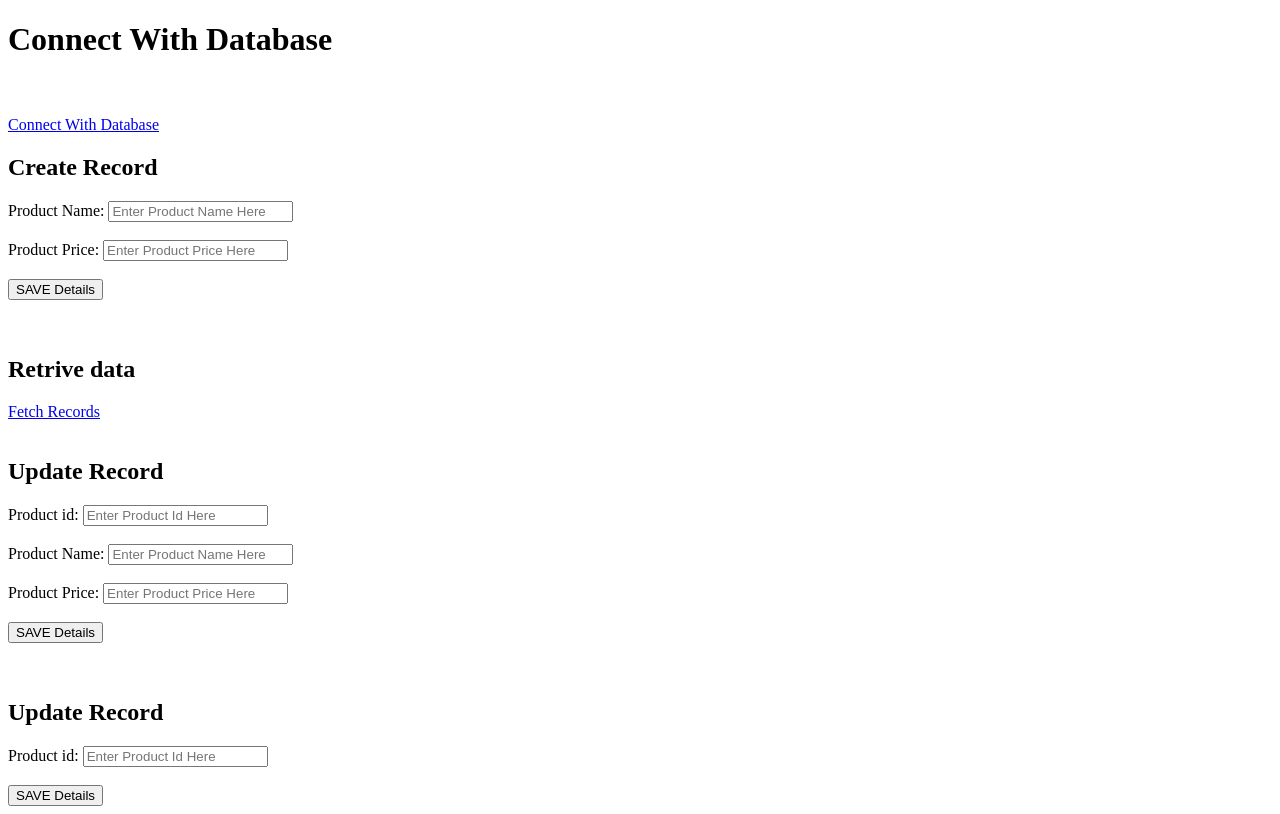
Repository: nspandey/Phase-2
Page: CRUDOperationsJDBC/src/main/webapp/index.html
An editor plug-in stored every save of this project. The page is shown before and after the next save, followed by the edit.
The browser window is 1280 px wide. The pictures show the whole page.

Above is the page before, as saved 2023-02-06 16:16:13.

After the next save:
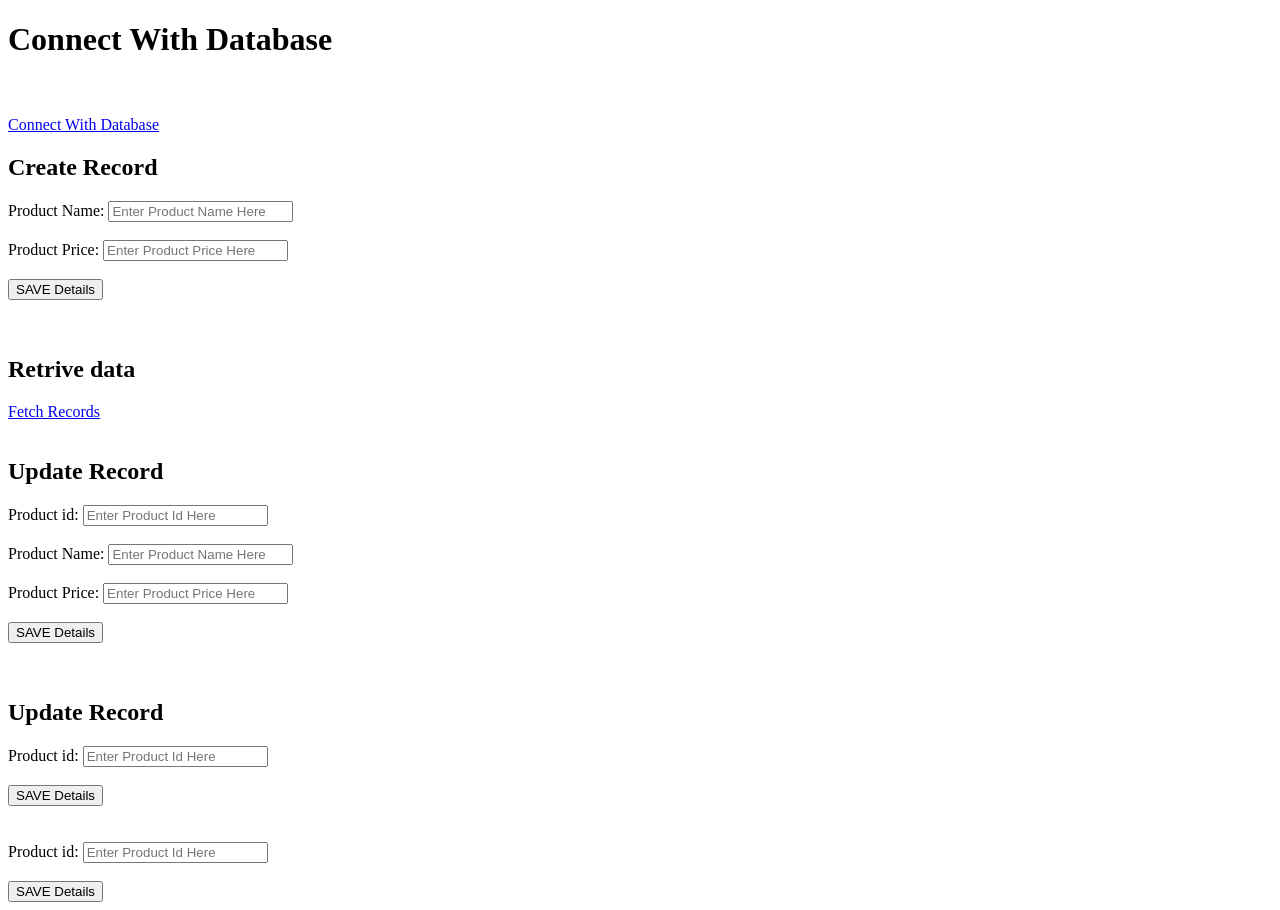
Saved 23 min 45 s later.
--- a/CRUDOperationsJDBC/src/main/webapp/index.html
+++ b/CRUDOperationsJDBC/src/main/webapp/index.html
@@ -62,5 +62,16 @@ Product id: <input type="text" name="pid" placeholder="Enter Product Id Here"><b
 <input type="submit" value="SAVE Details">
 </form>
 
+<br><br>
+
+<form action="delete1" method="post">
+
+Product id: <input type="text" name="pid" placeholder="Enter Product Id Here"><br><br>
+
+
+
+<input type="submit" value="SAVE Details">
+</form>
+
 </body>
 </html>
